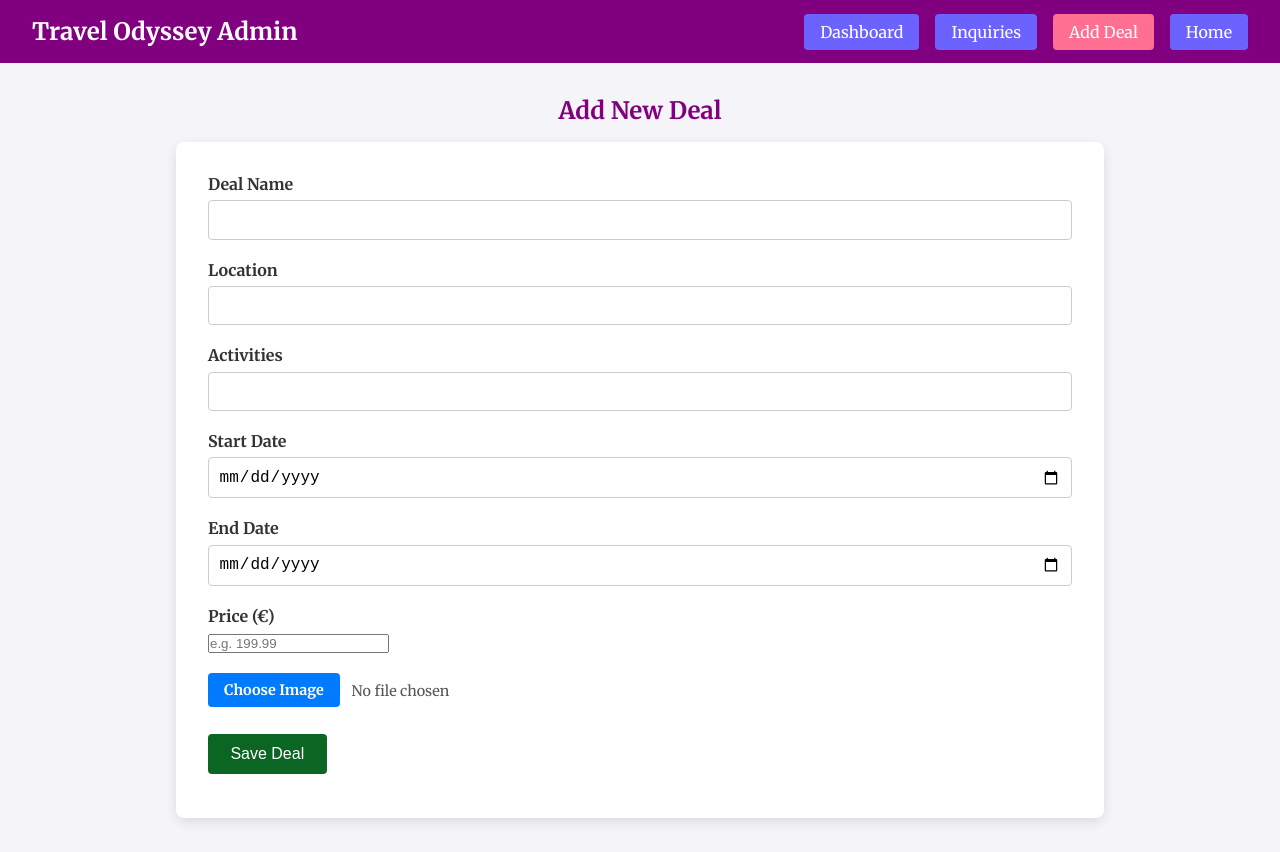
Repository: GHzPhoenix/Project-Odyssey
Page: Frontend/add-deal.html
These files come from the project's save history. The page is drawn as it stood at one moment and after the next save; the edit follows.
The browser window is 1280 px wide. The pictures show the whole page.

Above is the page before, as saved 2025-06-13 13:57:41.

After the next save:
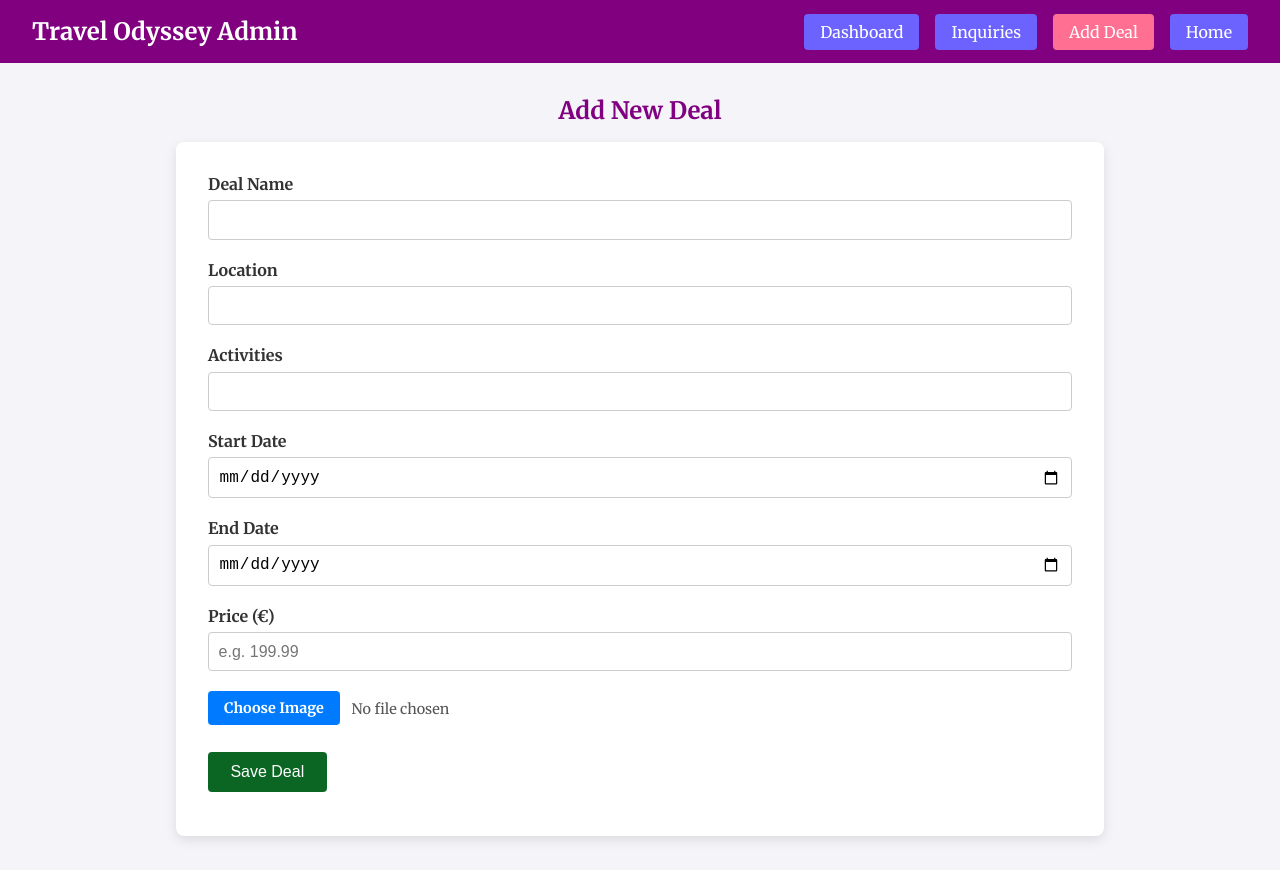
Saved 6 s later.
--- a/Frontend/css/admin.css
+++ b/Frontend/css/admin.css
@@ -152,7 +152,8 @@ form label {
 
 form input[type="text"],
 form input[type="date"],
-form input[type="number"] form textarea {
+form input[type="number"],
+form textarea {
   width: 100%;
   padding: 0.6rem;
   border: 1px solid #ccc;
